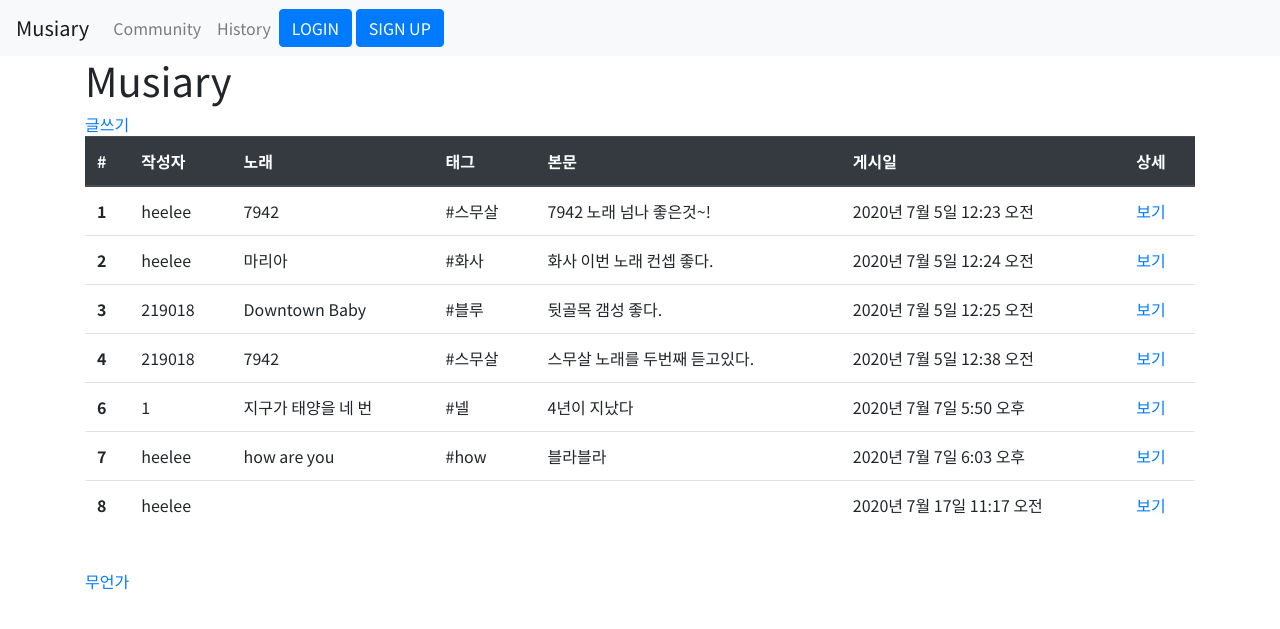
Repository: lhjsophia37/Musiary
Page: http://localhost/posts/
The author's editor kept a record of every edit. The page is drawn from the files as they stood at one moment, then again after the next edit.
The browser window is 1280 px wide. The pictures show the whole page.
The page is served by the project's application, run on Django 3.2 (musiary/manage.py). Other server files are loaded and not shown. The page reads the database file committed with the project.

Above is the page before.

### musiary/posts/templates/posts/index.html
{% extends 'base.html' %}

{% load static %}

{% block style %}
    <link rel="stylesheet" href="{% static 'posts/style.css' %}" type="text/css" />
{% endblock %}

{% block content %}
    <div class="container">

        <h1>Musiary</h1>
        <a href="{% url 'posts:new' %}">글쓰기</a>

        {% if posts %}
            <table class="table">
                <thead class="thead-dark">
                    <tr>
                        <th>#</th>
                        <th>작성자</th>
                        <th>노래</th>
                        <th>태그</th>
                        <th>본문</th>
                        <th>게시일</th>
                        <th>상세</th>
                    </tr>
                </thead>
                <tbody>
                    {% for post in posts %}
                        <tr>
                            <th>{{ post.id }}</th>
                            <td>{{ post.user.get_username }}</td>
                            <td>{{ post.song }}</td>
                            <td>{{ post.tag }}</td>
                            <td>{{ post.body }}</td>
                            <td>{{ post.created_at }}</td>
                            <td><a href="{% url 'posts:detail' post.id %}">보기</a></td>
                        </tr>
                    {% endfor %}
                </tbody>
            </table>
        {% else %}
            <p>No posts.</p>
        {% endif %}


        <br>
        <a href="{% url 'posts:pafy_video' %}">무언가</a>
    </div>
{% endblock %}

### musiary/templates/base.html
{% load static %}

<!DOCTYPE html>
<html>
    <head>
        <title>Feeds</title>
        <link rel="stylesheet" href="{% static 'style.css' %}" type="text/css" />
        <link href="https://fonts.googleapis.com/css2?family=Noto+Sans+KR:wght@300;700&family=Noto+Serif+KR&display=swap" rel="stylesheet">
        <link rel="stylesheet" href="https://stackpath.bootstrapcdn.com/bootstrap/4.5.0/css/bootstrap.min.css" integrity="sha384-9aIt2nRpC12Uk9gS9baDl411NQApFmC26EwAOH8WgZl5MYYxFfc+NcPb1dKGj7Sk" crossorigin="anonymous">
        {% block style %}
        {% endblock %}
    </head>

    <body>
        <nav class="navbar navbar-expand-lg navbar-light bg-light">
            <a class="navbar-brand" href="{% url 'posts:index' %}">Musiary</a>
            <button class="navbar-toggler" type="button" data-toggle="collapse" data-target="#navbarNavAltMarkup" aria-controls="navbarNavAltMarkup" aria-expanded="false" aria-label="Toggle navigation">
                <span class="navbar-toggler-icon"></span>
            </button>
            <div class="collapse navbar-collapse" id="navbarNavAltMarkup">
            <div class="navbar-nav">
                <a class="nav-item nav-link" href="#">Community</a>
                <a class="nav-item nav-link" href="#">History</a>
            </div>

            {% if user.is_authenticated %}
                <div id="logintab">
                    <form action="{% url 'accounts:logout' %}" method="POST">
                        {% csrf_token %}

                        {{ user.get_username }}님 환영합니다.
                        <button type="submit" class="btn btn-primary">LOGOUT</button>
                    </form>
                </div>
            {% else %}
                <div id="logintab">
                    <a href="{% url 'accounts:login' %}">
                        <button type="button" class="btn btn-primary">LOGIN</button>
                    </a>

                    <a href="{% url 'accounts:sign_up' %}">
                        <button type="button" class="btn btn-primary">SIGN UP</button>
                    </a>
                </div>
            {% endif %}
        </nav>


        {% block content %}
        {% endblock %}
        <script src="https://code.jquery.com/jquery-3.5.1.slim.min.js" integrity="sha384-DfXdz2htPH0lsSSs5nCTpuj/zy4C+OGpamoFVy38MVBnE+IbbVYUew+OrCXaRkfj" crossorigin="anonymous"></script>
        <script src="https://cdn.jsdelivr.net/npm/popper.js@1.16.0/dist/umd/popper.min.js" integrity="sha384-Q6E9RHvbIyZFJoft+2mJbHaEWldlvI9IOYy5n3zV9zzTtmI3UksdQRVvoxMfooAo" crossorigin="anonymous"></script>
        <script src="https://stackpath.bootstrapcdn.com/bootstrap/4.5.0/js/bootstrap.min.js" integrity="sha384-OgVRvuATP1z7JjHLkuOU7Xw704+h835Lr+6QL9UvYjZE3Ipu6Tp75j7Bh/kR0JKI" crossorigin="anonymous"></script>


    </body>
</html>

### musiary/posts/models.py
from django.db import models
from django.contrib.auth.models import User

# Create your models here.
class Post(models.Model):
    user = models.ForeignKey(User, on_delete=models.CASCADE, null=True)
    song = models.CharField(max_length=100)
    tag = models.CharField(max_length=100)
    body = models.TextField()
    created_at = models.DateTimeField()
    liked_users = models.ManyToManyField(User, related_name='liked_posts')

    def __str__(self):
        if self.user:
            return f'{self.user.get_username()} / Song: {self.song} / Body: {self.body}'

        return f'{self.body}'

### musiary/posts/views.py
from django.shortcuts import render, redirect

# Create your views here.
from django.http import HttpResponse
from django.utils import timezone
from .models import Post
from django.contrib.auth.decorators import login_required

import pafy
import vlc
from googleapiclient.discovery import build
from googleapiclient.errors import HttpError


def index(request):
    posts = Post.objects.all()
    context = { 'posts': posts }
    return render(request, 'posts/index.html', context)

def detail(request, post_id):
    post = Post.objects.get(id=post_id)
    context = { 'post': post }
    return render(request, 'posts/detail.html', context)

@login_required
def new(request):
    return render(request, 'posts/new.html')

@login_required
def create(request):
    user = request.user
    song = request.POST['song']
    tag = request.POST['tag']
    body = request.POST['body']
    post = Post(user=user, song=song, tag=tag, body=body, created_at=timezone.now())
    post.save()
    return redirect('posts:detail', post_id=post.id)

@login_required
def edit(request, post_id):
    try:
        post = Post.objects.get(id=post_id, user=request.user)
    except Post.DoesNotExist:
        return redirect('posts:index')

    context = { 'post' : post }
    return render(request, 'posts/edit.html', context)

@login_required
def update(request, post_id):
    try:
        post = Post.objects.get(id=post_id, user=request.user)
    except Post.DoesNotExist:
        return redirect('posts:index')

    post.song = request.POST['song']
    post.tag = request.POST['tag']
    post.body = request.POST['body']
    post.save()
    return redirect('posts:detail', post_id=post.id)

@login_required
def delete(request, post_id):
    try:
        post = Post.objects.get(id=post_id, user=request.user)
    except Post.DoesNotExist:
        return redirect('posts:index')

    post.delete()
    return redirect('posts:index')

@login_required
def like(request, post_id):
    if request.method == 'POST':
        try:
            post = Post.objects.get(id=post_id)

            if request.user in post.liked_users.all():
                post.liked_users.remove(request.user)
            else:
                post.liked_users.add(request.user)

            return redirect('posts:detail', post.id)

        except Post.DoesNotExist:
            pass

    return redirect('posts:index')


#-----------------------------youtube music streaming-----------------------------
DEVELOPER_KEY = 'DEVELOPER KEY'
YOUTUBE_API_SERVICE_NAME = 'youtube'
YOUTUBE_API_VERSION = 'v3'

def pafy_video(video_id):
    url = 'https://www.youtube.com/watch?v={0}'.format(video_id)
    vid = pafy.new(url)

def youtube_search(options):
  youtube = build(YOUTUBE_API_SERVICE_NAME, YOUTUBE_API_VERSION, developerKey=DEVELOPER_KEY)

  search_response = youtube.search().list(
    q='Hello world',
    part='id,snippet',
    maxResults=options.max_results
  ).execute()

  videos = []
  playlists = []
  channels = []
  for search_result in search_response.get('items', []):
    if search_result['id']['kind'] == 'youtube#video':
      videos.append('%s' % (search_result['id']['videoId']))
    elif search_result['id']['kind'] == 'youtube#channel':
      channels.append('%s' % (search_result['id']['channelId']))

  if videos:
    print('Videos:{0}'.format(videos))
    pafy_video(videos[0])

### musiary/musiary/urls.py
"""musiary URL Configuration

The `urlpatterns` list routes URLs to views. For more information please see:
    https://docs.djangoproject.com/en/3.0/topics/http/urls/
Examples:
Function views
    1. Add an import:  from my_app import views
    2. Add a URL to urlpatterns:  path('', views.home, name='home')
Class-based views
    1. Add an import:  from other_app.views import Home
    2. Add a URL to urlpatterns:  path('', Home.as_view(), name='home')
Including another URLconf
    1. Import the include() function: from django.urls import include, path
    2. Add a URL to urlpatterns:  path('blog/', include('blog.urls'))
"""
from django.contrib import admin
from django.urls import path, include

urlpatterns = [
    path('admin/', admin.site.urls),
    path('posts/', include('posts.urls')),
    path('accounts/', include('accounts.urls')),

]

### musiary/posts/urls.py
from django.urls import path

from . import views

app_name = 'posts'
urlpatterns = [
    path('', views.index, name="index"),
    path('<int:post_id>/', views.detail, name='detail'),
    path('new/', views.new, name='new'),
    path('create/', views.create, name='create'),
    path('<int:post_id>/edit/', views.edit, name='edit'),
    path('<int:post_id>/update/', views.update, name='update'),
    path('<int:post_id>/delete/', views.delete, name='delete'),
    path('pafy_video/', views.pafy_video, name='pafy_video'),
    path('<int:post_id>/like/', views.like, name='like'),
    ]

### musiary/accounts/urls.py
from django.urls import path

from . import views

app_name = 'accounts'
urlpatterns = [
    path('sign-up/', views.sign_up, name='sign_up'),
    path('login/', views.login, name='login'),
    path('logout/', views.logout, name='logout'),
    ]

### musiary/static/style.css
* {
    margin: 0px;
    padding: 0px;
    box-sizing: border-box;
    font-family: 'Noto Sans KR', sans-serif;
}

#logintab {
    text-align: right;
}

### musiary/db.sqlite3 (the tables this page reads, as SQL)
CREATE TABLE "auth_user" ("id" integer NOT NULL PRIMARY KEY AUTOINCREMENT, "password" varchar(128) NOT NULL, "last_login" datetime NULL, "is_superuser" bool NOT NULL, "username" varchar(150) NOT NULL UNIQUE, "first_name" varchar(30) NOT NULL, "email" varchar(254) NOT NULL, "is_staff" bool NOT NULL, "is_active" bool NOT NULL, "date_joined" datetime NOT NULL, "last_name" varchar(150) NOT NULL);
INSERT INTO "auth_user" VALUES
(1, 'pbkdf2_sha256$180000$Luay5BiJckrp$zfGWp/Uba+8QHq6o+IZu8QR+6nuzw6M8gbJ0d7RfILc=', '2020-07-17 04:14:59.140080', 1, 'heelee', '', 'lhjsophia37@likelion.org', 1, 1, '2020-07-04 15:21:45.960570', ''),
(2, 'pbkdf2_sha256$180000$HKymNR2bBmVq$bi1PswZL22LcOvh0/cmBujxG0dKujDKsczq4Jvb5vXA=', '2020-07-17 01:45:34.081574', 0, '219018', '', '', 0, 1, '2020-07-17 00:58:01.794850', ''),
(3, 'pbkdf2_sha256$180000$ZMYPZCAswNQA$jx+vvtuclzjEk3XL6C0RegrKBrGfvKpEq7unm31Jvs4=', '2020-07-17 04:38:50.848590', 0, '1', '', '', 0, 1, '2020-07-17 01:45:18.265601', '');

CREATE TABLE "posts_post" ("id" integer NOT NULL PRIMARY KEY AUTOINCREMENT, "song" varchar(100) NOT NULL, "tag" varchar(100) NOT NULL, "body" text NOT NULL, "created_at" datetime NOT NULL, "user_id" integer NULL REFERENCES "auth_user" ("id") DEFERRABLE INITIALLY DEFERRED);
INSERT INTO "posts_post" VALUES
(1, '7942', '#스무살', '7942 노래 넘나 좋은것~!', '2020-07-04 15:23:53', 1),
(2, '마리아', '#화사', '화사 이번 노래 컨셉 좋다.', '2020-07-04 15:24:49', 1),
(3, 'Downtown Baby', '#블루', '뒷골목 갬성 좋다.', '2020-07-04 15:25:29', 2),
(4, '7942', '#스무살', '스무살 노래를 두번째 듣고있다.', '2020-07-04 15:38:55', 2),
(6, '지구가 태양을 네 번', '#넬', '4년이 지났다', '2020-07-07 08:50:39', 3),
(7, 'how are you', '#how', '블라블라', '2020-07-07 09:03:07', 1),
(8, '', '', '', '2020-07-17 02:17:43.551139', 1);

After the next edit:
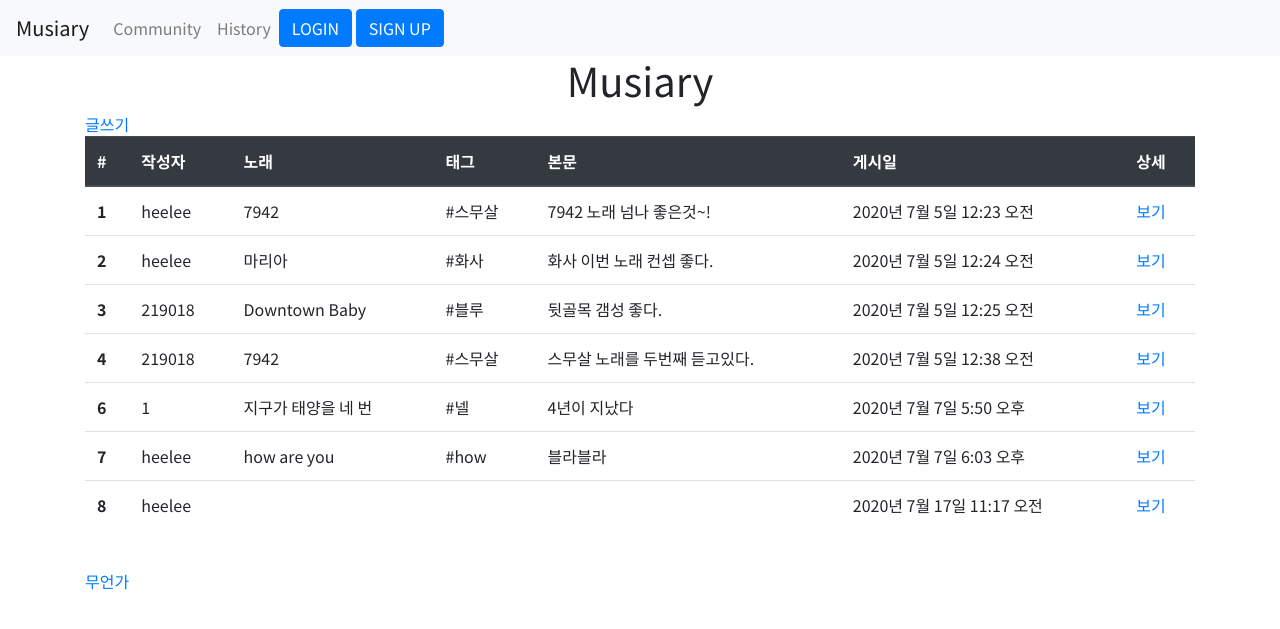
The edit:
--- a/musiary/static/style.css
+++ b/musiary/static/style.css
@@ -5,6 +5,10 @@
     font-family: 'Noto Sans KR', sans-serif;
 }
 
+h1 {
+    text-align: center;
+}
+
 #logintab {
-    text-align: right;
+    text-align: center;
 }
